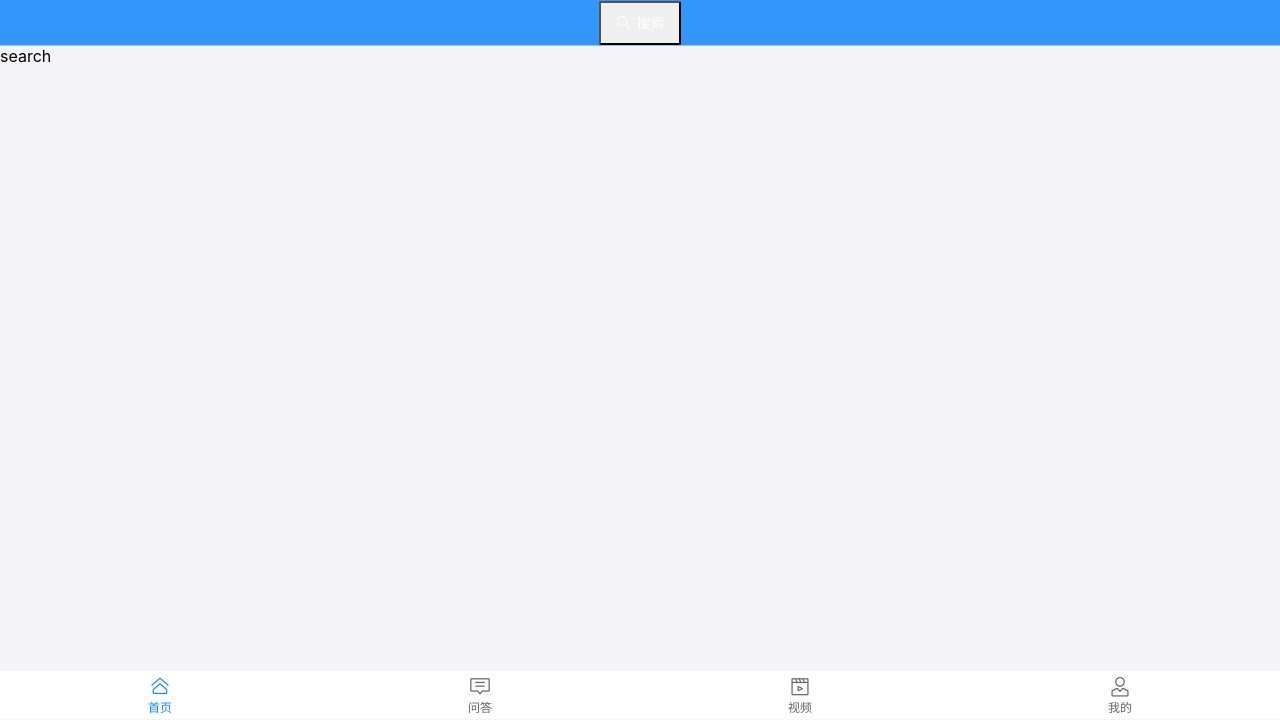
Repository: xn-lb/toutiao-mb
Page: /
These files come from the project's save history. The page is drawn as it stood at one moment and after the next save; the edit follows.
The browser window is 1280 px wide. The pictures show the whole page.
The project was rebuilt for these pictures with package versions that can differ from the ones it lists, and the page was loaded fresh each time. Also part of the build but not shown: vue.config.js.

Above is the page before, as saved 2023-04-08 21:49:39.

### src/main.js
import Vue from 'vue'
import App from './App.vue'
import router from './router'
import store from './store'
// 加载全局样式
import './styles/index.less'
import Vant from 'vant' //加载Vant 组件库

import 'amfe-flexible' //加载动态设置  rem 基准值

Vue.use(Vant); //注册使用组件库

import 'vant/lib/index.css' //加载全局样式

Vue.config.productionTip = false

new Vue({
    router,
    store,
    render: h => h(App)
}).$mount('#app')

### src/App.vue
<template>
  <div id="app">
  <!-- 路由的出口 -->
    <router-view></router-view>



  </div>
</template>
<script>
export default {
  name: 'APP'
}
</script>
<style lang="less">

</style>

### src/router/index.js
import Vue from 'vue'
import VueRouter from 'vue-router'



Vue.use(VueRouter)

// 路由表
const routes = [{
        path: '/login',
        name: 'LoginIndex',
        component: () =>
            import ('@/views/login')
    },
    {
        path: '/',
        component: () =>
            import ('@/views/layout/'),
        children: [{
                path: '/qa',
                name: 'qa',
                component: () =>
                    import ('@/views/qa/')
            },
            {
                path: '/video',
                name: 'video',
                component: () =>
                    import ('@/views/video/')
            },
            {
                path: '/my', //默认子路由
                name: 'my',
                component: () =>
                    import ('@/views/my/')
            },
            {
                path: '', //默认子路由
                name: 'home',
                component: () =>
                    import ('@/views/home/')
            }
        ]
    }

]

const router = new VueRouter({
    routes
})

export default router

### src/store/index.js
import { getItem, setItem } from '@/utils/strorage'
import Vue from 'vue'
import Vuex from 'vuex'

Vue.use(Vuex)

const USER_KEY = 'toutiao-user'
export default new Vuex.Store({
    // namespaced: true, //关闭命名空间
    state: {
        user: getItem(USER_KEY) //使用封装模块的方式

        //使用原型模式  =>  user: JSON.parse(window.localStorage.getItem('user')) // 存储当前登录用户的登录状态（token 等数据）
    },
    getters: {},
    mutations: {
        setUser(state, data) {
            state.user = data
                // 为了防止页面刷新数据丢失，我们还需要把数据放到本地存储中，这里仅仅是为了持久化数据

            setItem(USER_KEY, state.user) //使用封装模块的方式
                //使用原型模式  =>  window.localStorage.setItem('user', JSON.stringify(state.user))
        }
    },
    actions: {},
    modules: {}
})

### src/styles/index.less
// 全局样式文件
// 加载图标样式
@import "./icon.less";

body{
    background-color: #f5f5f9;
}
.app-nav-bar{
    background-color: #3296fa !important;
    .van-nav-bar__title{
        color: #fff;
    }
    .van-icon{
        color:#fff !important;
    }
}

### src/views/layout/index.vue
<template>
    <div class="layout-container">
         <!-- 子路由出口 -->
        <router-view />

        <!-- 底部导航栏 -->
        <van-tabbar v-model="active" route>
            <van-tabbar-item icon="home-o" to="/">首页</van-tabbar-item>
            <van-tabbar-item icon="comment-o" to="/qa">问答</van-tabbar-item>
            <van-tabbar-item icon="video-o" to="/video">视频</van-tabbar-item>
            <van-tabbar-item icon="user-o" to="/my">我的</van-tabbar-item>
        </van-tabbar>
    </div>


</template>

<script>
export default {
    name:'layoutIndex',
    components:{},
    props:{},
    data(){
        return{
            active:0
        }
    }
}
</script>

<style>

</style>

### src/views/home/index.vue
<template>
  <div class="home-container">
  <!-- 首页 -->
    <van-nav-bar class="app-nav-bar">
      <van-button
      slot="title"
      icon="search"
      type=""
      >搜索</van-button>
    </van-nav-bar>

search
  </div>

</template>

<script>
export default {

}
</script>

<style>

</style>

### src/utils/strorage.js
// 本地存储封装模块

// 获取
export const getItem = (name) => {
    const data = window.localStorage.getItem(name)
    try {
        // 尝试把data转为JavaScript对象
        return JSON.parse(data)
    } catch (err) {
        // data不是JSON格式字符串，直接原样返回
        return data
    }
}

// 存储
export const setItem = (name, value) => {
    // 如果value 是对象，就把value 转为JSON格式字符串再储存
    if (typeof value === 'object') {
        value = JSON.stringify(value)
    }
    window.localStorage.setItem(name, value)
}



// 删除
export const removeItem = (name) => {
    window.localStorage.removeItem(name)
}

### src/styles/icon.less
@font-face {
    font-family: "toutiao"; /* Project id 3968849 */
    src: url('//at.alicdn.com/t/c/font_3968849_y288fdc89co.eot?t=1679462277967'); /* IE9 */
    src: url('//at.alicdn.com/t/c/font_3968849_y288fdc89co.eot?t=1679462277967#iefix') format('embedded-opentype'), /* IE6-IE8 */
         url('//at.alicdn.com/t/c/font_3968849_y288fdc89co.woff2?t=1679462277967') format('woff2'),
         url('//at.alicdn.com/t/c/font_3968849_y288fdc89co.woff?t=1679462277967') format('woff'),
         url('//at.alicdn.com/t/c/font_3968849_y288fdc89co.ttf?t=1679462277967') format('truetype'),
         url('//at.alicdn.com/t/c/font_3968849_y288fdc89co.svg?t=1679462277967#toutiao') format('svg');
  }

  .toutiao {
    font-family: "toutiao" !important;
    font-size: 16px;
    font-style: normal;
    -webkit-font-smoothing: antialiased;
    -moz-osx-font-smoothing: grayscale;
  }

  .toutiao-guanbi:before {
    content: "\e601";
  }

  .toutiao-gengduo:before {
    content: "\e602";
  }

  .toutiao-pinglun:before {
    content: "\e603";
  }

  .toutiao-shanchu:before {
    content: "\e604";
  }

  .toutiao-dianzan:before {
    content: "\e605";
  }

  .toutiao-lishi:before {
    content: "\e606";
  }

  .toutiao-shipin:before {
    content: "\e607";
  }

  .toutiao-shoucang:before {
    content: "\e608";
  }

  .toutiao-yanzhengma:before {
    content: "\e609";
  }

  .toutiao-wenda:before {
    content: "\e60a";
  }

  .toutiao-fenxiang:before {
    content: "\e60b";
  }

  .toutiao-youjiantou:before {
    content: "\e60c";
  }

  .toutiao-wuwangluo:before {
    content: "\e60d";
  }

  .toutiao-shouji:before {
    content: "\e60e";
  }

  .toutiao-zuojiantou:before {
    content: "\e60f";
  }

  .toutiao-shouye:before {
    content: "\e610";
  }

  .toutiao-wode:before {
    content: "\e611";
  }

  .toutiao-sousuo:before {
    content: "\e612";
  }

  .toutiao-zuopin:before {
    content: "\e613";
  }

  .toutiao-yuedu:before {
    content: "\e614";
  }

Loaded but not shown: public/index.html (common file)

After the next save:
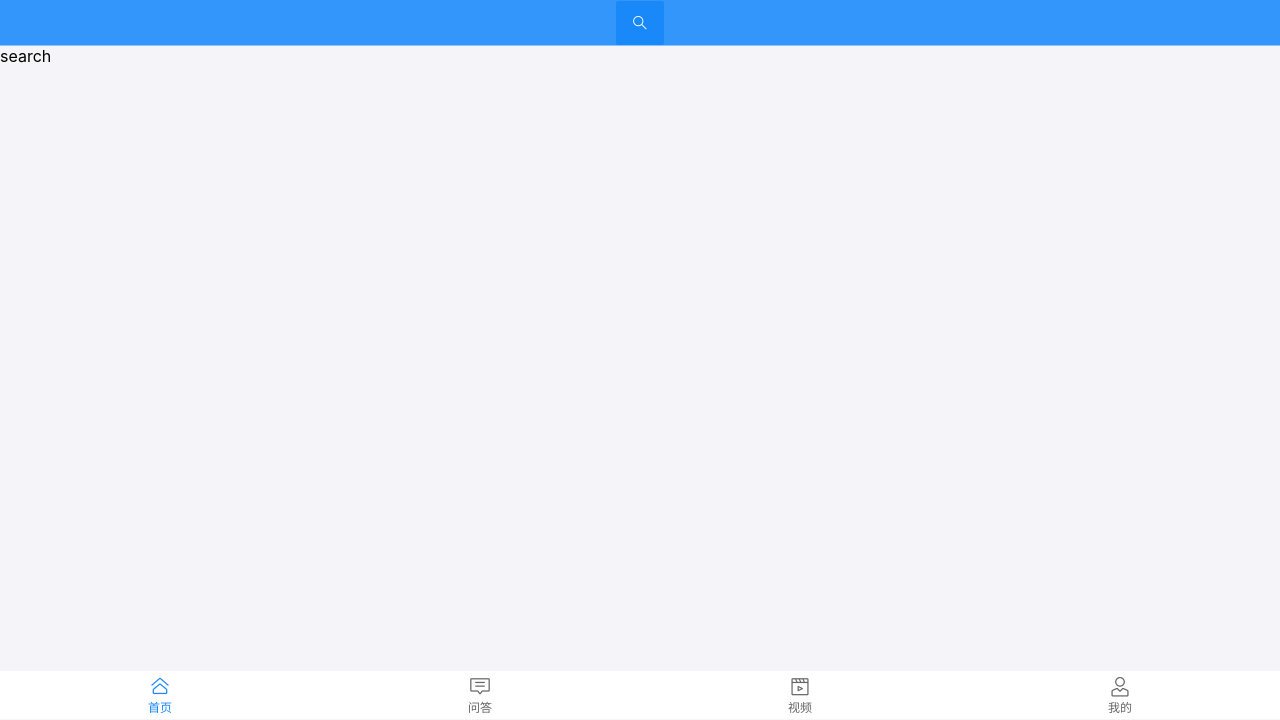
Saved 22 s later.
--- a/src/views/home/index.vue
+++ b/src/views/home/index.vue
@@ -5,8 +5,8 @@
       <van-button
       slot="title"
       icon="search"
-      type=""
-      >搜索</van-button>
+      type="info"
+      ></van-button>
     </van-nav-bar>
 
 search
